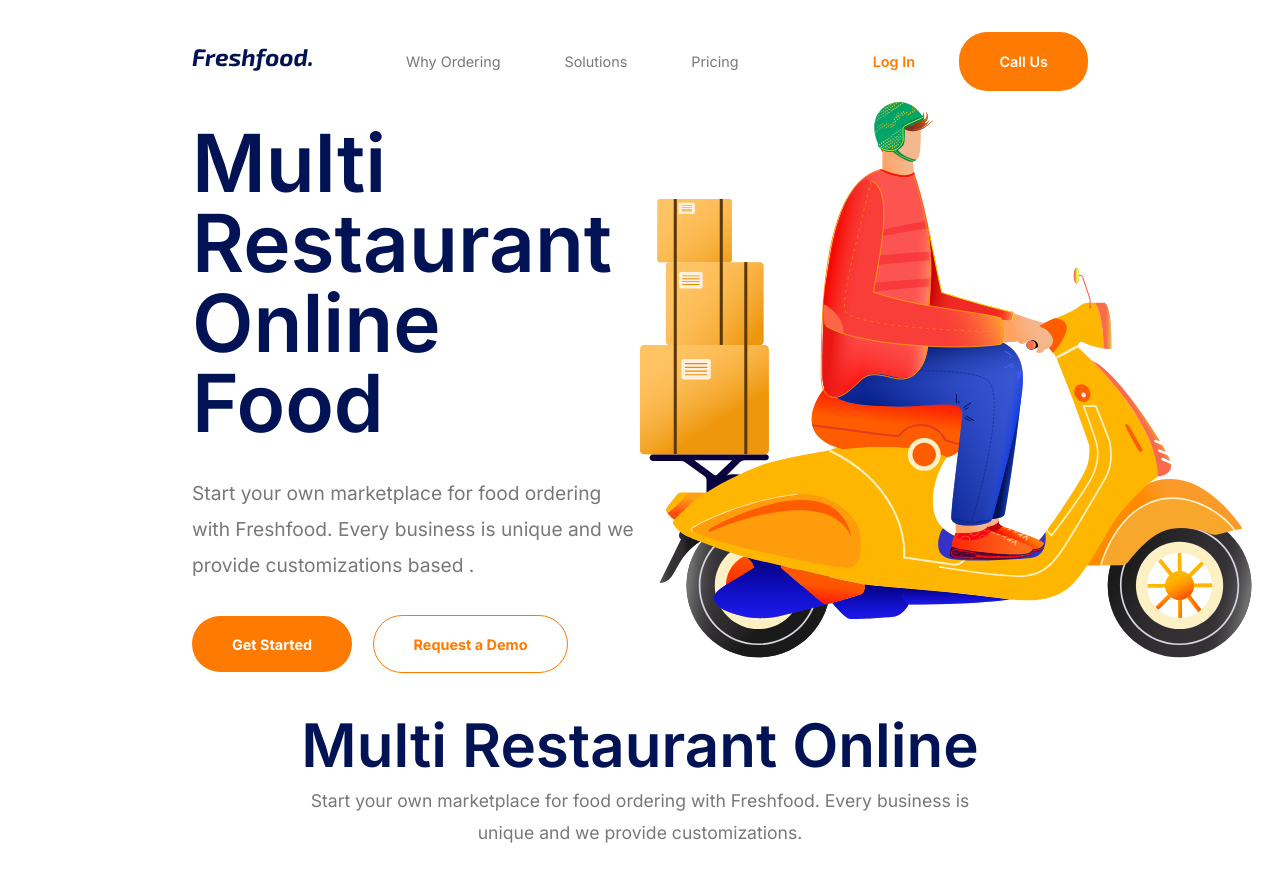
Repository: badhon252/FreshFood
Page: index.html
The author's editor kept a copy of each file at every save. The page is drawn from the files as they stood at one save, then again after the next save.
The browser window is 1280 px wide. The pictures show the whole page.
The style sheet was rebuilt from its Sass, Less or Tailwind sources for each picture, by a compiler version that may differ from the author's.

Above is the page before, as saved 2022-09-06 00:42:21.

### index.html
<!DOCTYPE html>
<html lang="en">

<head>
    <meta charset="UTF-8">
    <meta http-equiv="X-UA-Compatible" content="IE=edge">
    <meta name="viewport" content="width=device-width, initial-scale=1.0">
    <link rel="stylesheet" href="./scss/style.css">
    <title>Document</title>
</head>

<body>
    <header class="container">
        <nav class="navbar">
            <div class="navbar-brand">
                <img src="./images/Freshfood.svg" alt="">
            </div>
            <ul class="navs">
                <li class="nav-item"><a href="" class="nav-link">Why Ordering</a></li>
                <li class="nav-item"><a href="" class="nav-link">Solutions</a></li>
                <li class="nav-item"><a href="" class="nav-link">Pricing</a></li>
            </ul>
            <div class="logs">
                <button class="btn">Log In</button>
                <button class="btn call">Call Us</button>
            </div>
        </nav>

        <div class="header-content">
            <div class="row">
                <div class="col-md-6">
                    <h1>Multi Restaurant <br> Online Food</h1>
                    <p>Start your own marketplace for food ordering <br> with Freshfood. Every business is unique and we
                        <br>
                        provide customizations
                        based .
                    </p>
                    <button class="btn start-btn">Get Started</button>
                    <button class="btn demo-btn">Request a Demo</button>
                </div>
                <div class="col-md-6"><img src="./images/Group 5402.svg" alt=""></div>
            </div>
        </div>

    </header>

    <section class="second-section container">
        <h1>Multi Restaurant Online</h1>
        <p>Start your own marketplace for food ordering with Freshfood. Every business is <br> unique and we provide
            customizations.</p>
    </section>
</body>

</html>

### scss/style.scss
@import url("https://fonts.googleapis.com/css2?family=Inter:wght@400;600;700;800;900&display=swap");
* {
  margin: 0%;
  padding: 0%;
  box-sizing: border-box;
  font-family: "Inter", sans-serif;
}

.container {
  margin: 2rem 12rem;
}
.btn {
  outline: none;
  border: none;
  padding: 1.2rem 2.5rem;
  background-color: transparent;
}

.row {
  display: flex;
  justify-content: space-between;
  align-items: center;
  max-width: 100%;
  .col-md-6 {
    max-width: 50%;
  }
}

h1 {
  font-weight: 600;
  font-size: 60px;
  line-height: 80px;
  /* or 133% */

  color: #011255;
}
//=====
//=====
//=====
.navbar {
  display: flex;
  justify-content: space-between;
  align-items: center;
  ul {
    display: flex;
    li {
      margin: 1rem 2rem;
      list-style-type: none;
      .nav-link {
        text-decoration: none;
        color: black;
        font-weight: 500;
        font-size: 0.9rem;
        line-height: 21px;
        /* identical to box height */

        text-align: center;

        color: #787878;
      }
    }
  }

  .btn {
    font-weight: 500;
    font-size: 0.9rem;
    line-height: 21px;
    /* identical to box height */
    font-weight: 600;
    color: #ff7a00;
  }
  .call {
    background: #ff7a00;
    border-radius: 28px;
    color: #fff;
  }
}

.header-content {
  h1 {
    font-size: 5rem;
    margin: 2rem 0;
  }
  p {
    font-size: 1.2rem;
    margin: 2rem 0;
    line-height: 36px;
    color: #787878;
    font-weight: 500;
  }
  .btn {
    background: #ff7a00;
    border-radius: 60px;
    font-size: 0.9rem;
    font-weight: 700;
  }
  .start-btn {
    color: #fff;
    margin-right: 1rem;
  }
  .demo-btn {
    background-color: #ffffff;
    border: 1px solid #ff7a00;
    color: #ff7a00;
  }
}

.second-section {
  text-align: center;
  p {
    font-size: 1.1rem;
    line-height: 32px;
    /* or 178% */

    text-align: center;

    color: #787878;
  }
}

After the next save:
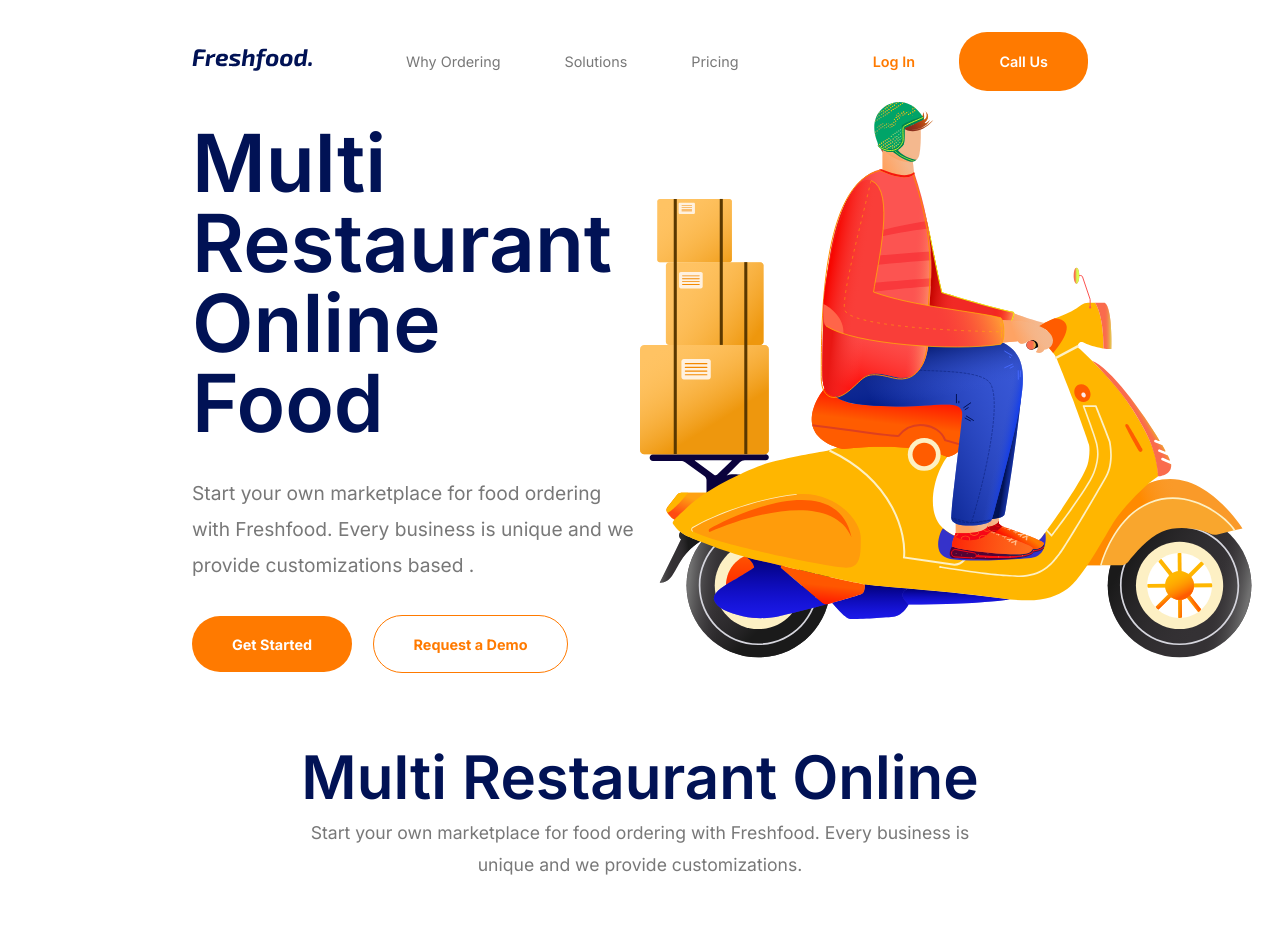
Saved 40 s later.
--- a/scss/style.scss
+++ b/scss/style.scss
@@ -106,9 +106,11 @@
 }
 
 .second-section {
+  padding: 2rem 0;
   text-align: center;
   p {
     font-size: 1.1rem;
+
     line-height: 32px;
     /* or 178% */
 
